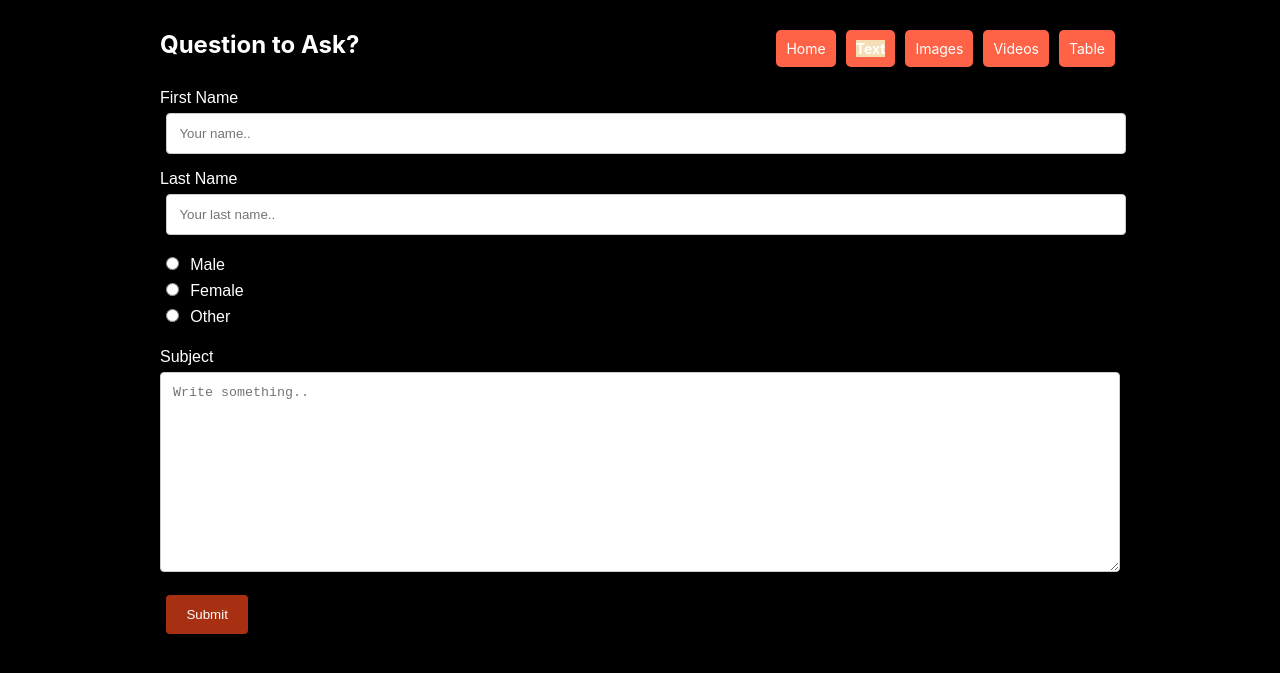
Repository: luhan68/personal_website
Page: text.html
These files come from the project's save history. The page is drawn as it stood at one moment and after the next save; the edit follows.
The browser window is 1280 px wide. The pictures show the whole page.

Above is the page before, as saved 2021-01-30 19:25:31.

After the next save:
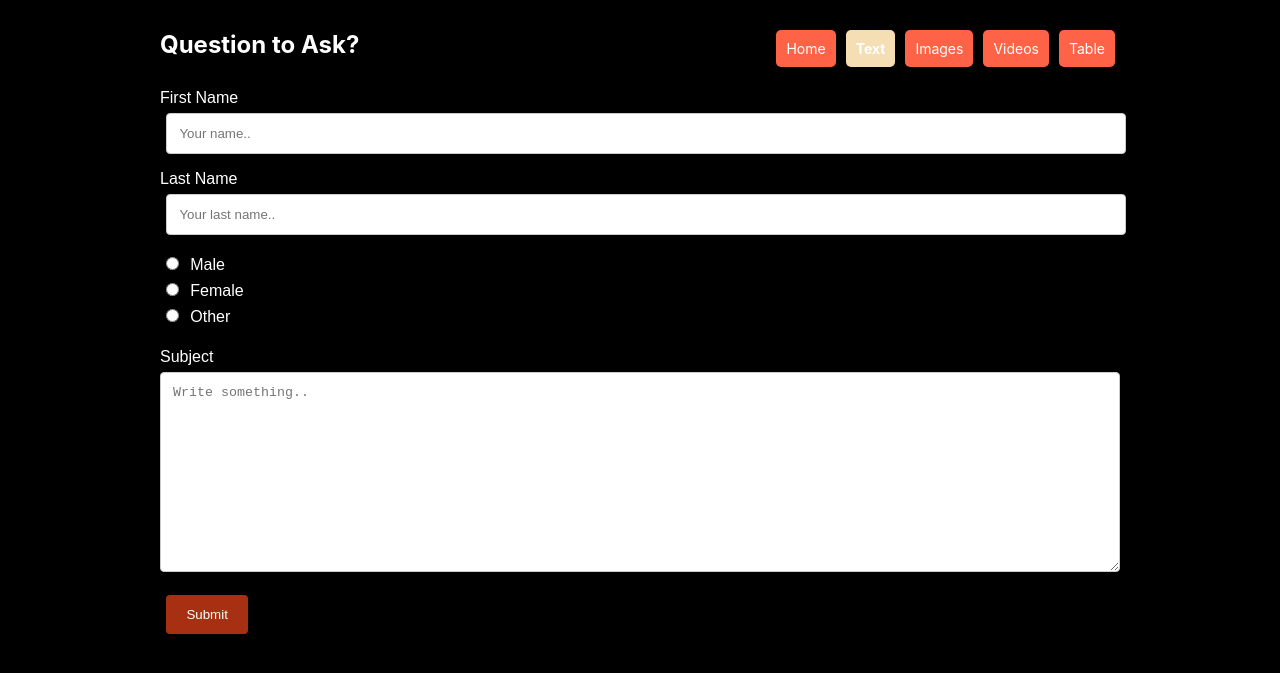
Saved 6 s later.
--- a/text.html
+++ b/text.html
@@ -4,7 +4,7 @@
         <div class="nav-bar">
             <ul>
                 <li><a href="index.html">Home</a></li>
-                <li><a href="text.html" class="active-page">Text</a></li>
+                <li class="active-page"><a href="text.html">Text</a></li>
                 <li><a href="image.html">Images</a></li>
                 <li><a href="video.html">Videos</a></li>
                 <li><a href="table.html">Table</a></li>
